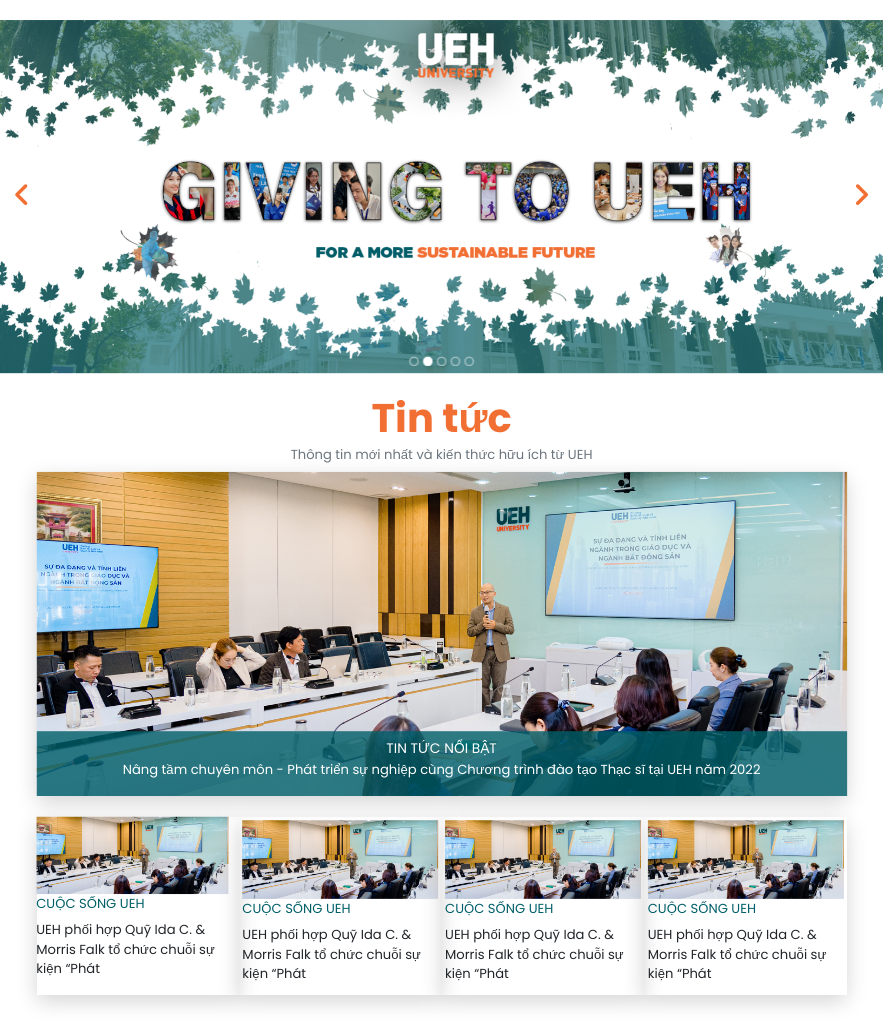
Repository: Jackietruong2805/frontends
Page: html css/ueh/index.html
These files come from the project's save history. The page is drawn as it stood at one moment and after the next save; the edit follows.
The browser window is 1280 px wide. The page is 1288 px wide, so the pictures cover 1288 px, including what lies to the right of the window. The pictures show the part of the page from y = 720 to 2620 px (the page is 2222 px tall before and 3193 px after), at 69% of full size.
Some web libraries are served in a nearby version.

Above is the page before, as saved 2022-06-20 09:18:14.

After the next save:
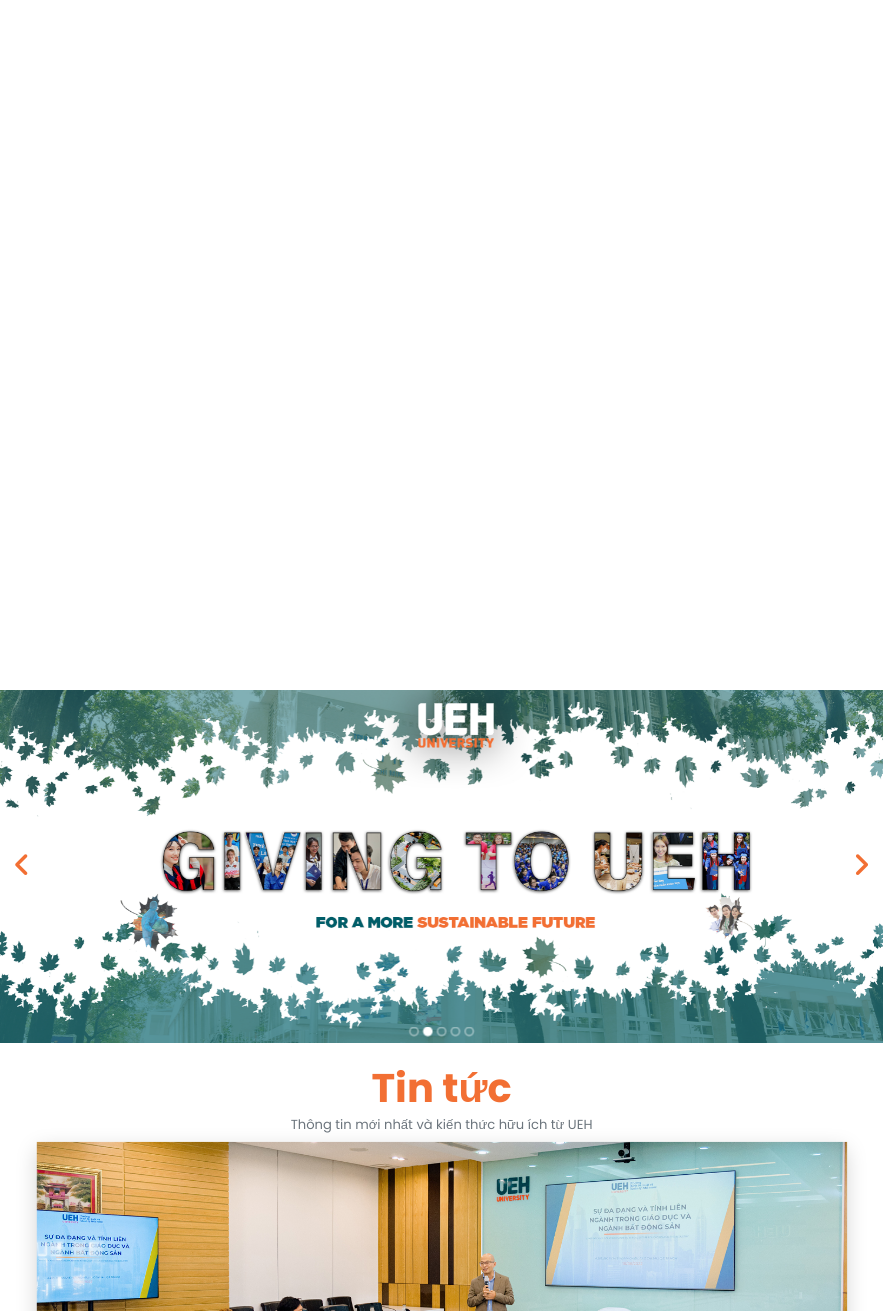
Saved 15 s later.
--- a/html css/ueh/css/index.css
+++ b/html css/ueh/css/index.css
@@ -179,8 +179,8 @@
     z-index: -1;
 } */
 
-/* .fixed .placeholder {
+.fix .placeholder {
     position: relative;
     height: 1000px;
     z-index: 1;
-} */
+}
